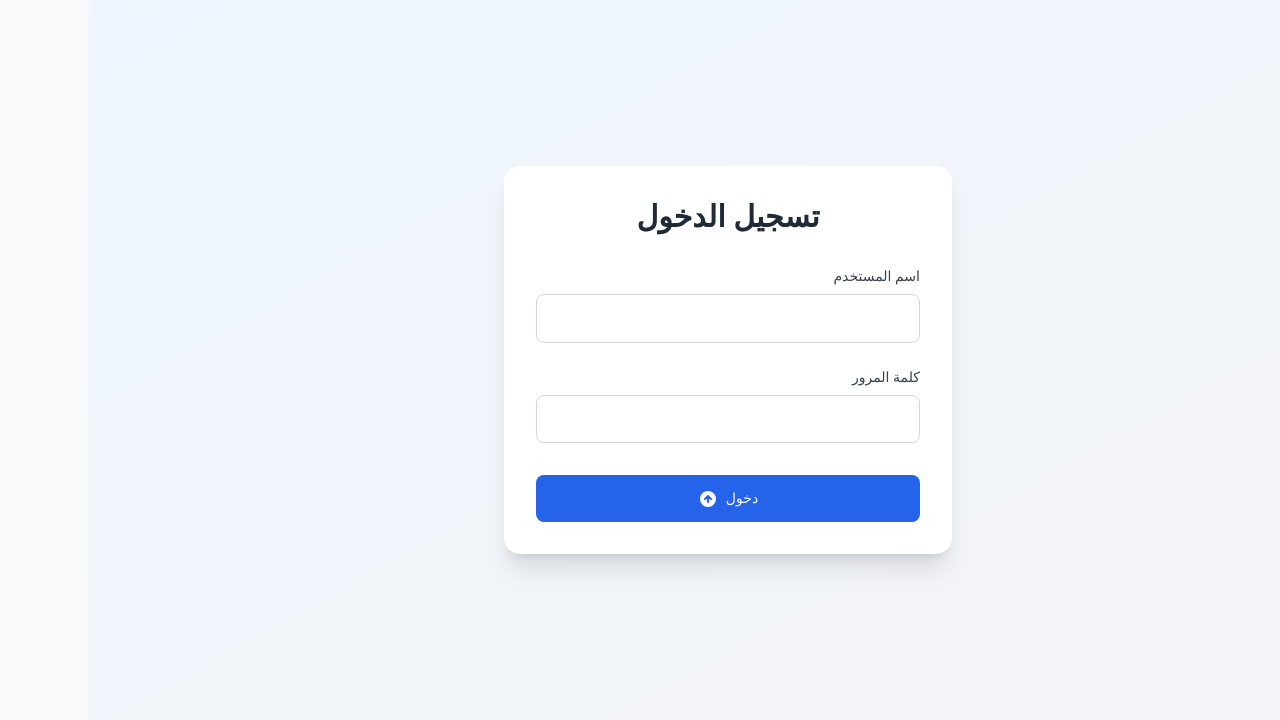
Repository: aseel99/sunduqi
Page: / (app in sunduqi-frontend/)
An editor plug-in stored every save of this project. The page is shown before and after the next save, followed by the edit.
The browser window is 1280 px wide. The pictures show the whole page.
The project was rebuilt for these pictures with package versions that can differ from the ones it lists, and the page was loaded fresh each time. Also part of the build but not shown: sunduqi-frontend/vite.config.js, sunduqi-frontend/src/pages/NotFound.jsx, sunduqi-frontend/src/pages/Dashboard.jsx, sunduqi-frontend/src/pages/Opening.jsx, sunduqi-frontend/src/pages/ChooseVoucher.jsx, sunduqi-frontend/src/pages/Receipt.jsx, sunduqi-frontend/src/pages/Disbursement.jsx, sunduqi-frontend/src/pages/VoucherDetails.jsx and 12 more.

Above is the page before, as saved 2025-06-11 12:38:12.

### sunduqi-frontend/index.html
<!doctype html>
<html lang="en">
  <head>
    <meta charset="UTF-8" />

    <link href="https://fonts.googleapis.com/css2?family=Tajawal:wght@400;700&display=swap" rel="stylesheet">
    <meta name="viewport" content="width=device-width, initial-scale=1.0" />
    <title>Vite + React</title>
  </head>
  <body>
    <div id="root"></div>
    <script type="module" src="/src/main.jsx"></script>
  </body>
</html>

### sunduqi-frontend/src/main.jsx
import React from 'react';
import ReactDOM from 'react-dom/client';
import App from './App';
import { AuthProvider } from './auth/AuthContext';
import { ToastContainer } from 'react-toastify';
import 'react-toastify/dist/ReactToastify.css';
import './styles/index.css'; // Make sure this is imported

ReactDOM.createRoot(document.getElementById('root')).render(
  <React.StrictMode>
    <AuthProvider>
      <App />
      <ToastContainer position="top-right" autoClose={3000} />
    </AuthProvider>
  </React.StrictMode>
);

### sunduqi-frontend/src/App.jsx
import { BrowserRouter, Routes, Route } from 'react-router-dom';
import Login from './pages/Login';
import NotFound from './pages/NotFound';
import Dashboard from './pages/Dashboard';
import Opening from './pages/Opening';
import ChooseVoucher from './pages/ChooseVoucher';
import Receipt from './pages/Receipt';
import Disbursement from './pages/Disbursement';
import VoucherDetails from './pages/VoucherDetails';
import CashDelivery from './pages/CashDelivery';
import AdminVouchers from './pages/AdminVouchers';
import Matching from './pages/Matching';
import AdminCollection from './pages/AdminCollection';
import AdminPending from './pages/AdminPending';
import AdminSummary from './pages/AdminSummary';
import AdminFinanceSummary from './pages/AdminFinanceSummary';
import Notifications from './pages/Notifications';
import UserManagement from './pages/UserManagement';
import Layout from './components/Layout';
import PrivateRoute from './components/PrivateRoute';

function App() {
  console.log('User in App:', localStorage.getItem('user'));
  return (
    <BrowserRouter>
      <Routes>
        <Route path="/login" element={<Login />} />
        <Route path="/test" element={<div>Hello</div>} />

        {/* Protected Layout for logged-in users */}
        <Route element={<PrivateRoute />}>
          <Route element={<Layout />}>
            <Route path="/" element={<Dashboard />} />
            <Route path="/opening" element={<Opening />} />
            <Route path="/vouchers" element={<ChooseVoucher />} />
            <Route path="/receipt" element={<Receipt />} />
            <Route path="/receipt/:id" element={<VoucherDetails />} />
            <Route path="/disbursement" element={<Disbursement />} />
            <Route path="/disbursement/:id" element={<VoucherDetails />} />
            <Route path="/cash-delivery" element={<CashDelivery />} />
            <Route path="/matching" element={<Matching />} />
            <Route path="/notifications" element={<Notifications />} />

            {/* Admin-only routes */}
            <Route element={<PrivateRoute allowedRoles={["admin"]} />}>
              <Route path="/admin/vouchers" element={<AdminVouchers />} />
              <Route path="/admin/collection" element={<AdminCollection />} />
              <Route path="/admin/matching" element={<Matching />} />
              <Route path="/admin/finance-summary" element={<AdminFinanceSummary />} /> {/* ملخص المقبوضات والمصروفات */}
              <Route path="/admin/pending" element={<AdminPending />} />
              <Route path="/admin/users" element={<UserManagement />} />
              <Route path="/admin/summary" element={<AdminSummary />} />
            </Route>
          </Route>
        </Route>

        <Route path="*" element={<NotFound />} />
      </Routes>
    </BrowserRouter>
  );
}

export default App;

### sunduqi-frontend/src/auth/AuthContext.jsx
import { createContext, useContext, useState, useEffect } from 'react';

const AuthContext = createContext();

export function AuthProvider({ children }) {
  const [user, setUser] = useState(() => {
    const saved = localStorage.getItem('user');
    return saved ? JSON.parse(saved) : null;
  });

  const login = (data) => {
    setUser(data.user);
    localStorage.setItem('user', JSON.stringify(data.user));
    localStorage.setItem('token', data.token);
  };

  const logout = () => {
    setUser(null);
    localStorage.removeItem('user');
    localStorage.removeItem('token');
  };

  return (
    <AuthContext.Provider value={{ user, login, logout }}>
      {children}
    </AuthContext.Provider>
  );
}

export const useAuth = () => useContext(AuthContext);

### sunduqi-frontend/src/styles/index.css
@tailwind base;
@tailwind components;
@tailwind utilities;

body {
  direction: rtl;
  @apply bg-graylight text-secondary font-arabic text-sm leading-relaxed;
}

input, select, textarea {
  @apply border border-bordergray rounded px-3 py-2 bg-white focus:outline-none focus:ring-2 focus:ring-primary transition;
}

button {
  @apply font-semibold transition duration-150 ease-in-out rounded px-4 py-2;
}

.btn-primary {
  @apply bg-primary text-white hover:bg-accent;
}

.btn-secondary {
  @apply bg-gray-200 text-secondary hover:bg-gray-300;
}

.heading {
  @apply text-lg font-bold text-secondary mb-2;
}

.card {
  @apply bg-white p-4 rounded-xl shadow-card;
}

table {
  @apply w-full border text-right text-sm;
}
th {
  @apply bg-gray-100 border px-2 py-2 text-secondary;
}
td {
  @apply border px-2 py-2;
}
tr:hover {
  @apply bg-gray-50;
}

### sunduqi-frontend/src/pages/Login.jsx
import { useState } from 'react';
import { useNavigate } from 'react-router-dom';
import { useAuth } from '../auth/AuthContext';
import axios from '../api/axios';

export default function Login() {
  const [username, setUsername] = useState('');
  const [password, setPassword] = useState('');
  const { login } = useAuth();
  const navigate = useNavigate();
  const [error, setError] = useState('');

  const handleLogin = async (e) => {
    e.preventDefault();
    setError('');

    try {
      const res = await axios.post('/auth/login', { username, password });
      login(res.data); // { token, user }
      navigate('/');
    } catch (err) {
      setError('فشل تسجيل الدخول. تحقق من البيانات.');
    }
  };

  return (
    // Remove the font-arabic class and replace with:
<div className="min-h-screen flex items-center justify-center bg-gradient-to-br from-blue-50 to-gray-100 font-sans">
      <form onSubmit={handleLogin} className="bg-white shadow-xl rounded-2xl p-8 w-full max-w-md">
        <h2 className="text-3xl font-bold mb-8 text-center text-gray-800">تسجيل الدخول</h2>

        {error && (
          <div className="mb-6 p-3 bg-red-100 text-red-700 rounded-lg text-sm flex items-center">
            <svg xmlns="http://www.w3.org/2000/svg" className="h-5 w-5 ml-2" viewBox="0 0 20 20" fill="currentColor">
              <path fillRule="evenodd" d="M18 10a8 8 0 11-16 0 8 8 0 0116 0zm-7 4a1 1 0 11-2 0 1 1 0 012 0zm-1-9a1 1 0 00-1 1v4a1 1 0 102 0V6a1 1 0 00-1-1z" clipRule="evenodd" />
            </svg>
            {error}
          </div>
        )}

        <div className="mb-6">
          <label className="block mb-2 text-sm font-medium text-gray-700">اسم المستخدم</label>
          <input
            type="text"
            className="w-full px-4 py-3 border border-gray-300 rounded-lg focus:outline-none focus:ring-2 focus:ring-blue-500 focus:border-transparent transition"
            value={username}
            onChange={(e) => setUsername(e.target.value)}
            required
          />
        </div>

        <div className="mb-8">
          <label className="block mb-2 text-sm font-medium text-gray-700">كلمة المرور</label>
          <input
            type="password"
            className="w-full px-4 py-3 border border-gray-300 rounded-lg focus:outline-none focus:ring-2 focus:ring-blue-500 focus:border-transparent transition"
            value={password}
            onChange={(e) => setPassword(e.target.value)}
            required
          />
        </div>

        <button
          type="submit"
          className="w-full bg-blue-600 hover:bg-blue-700 text-white font-medium py-3 px-4 rounded-lg transition duration-300 flex items-center justify-center"
        >
          <span>دخول</span>
          <svg xmlns="http://www.w3.org/2000/svg" className="h-5 w-5 mr-2" viewBox="0 0 20 20" fill="currentColor">
            <path fillRule="evenodd" d="M10 18a8 8 0 100-16 8 8 0 000 16zm3.707-8.707l-3-3a1 1 0 00-1.414 0l-3 3a1 1 0 001.414 1.414L9 9.414V13a1 1 0 102 0V9.414l1.293 1.293a1 1 0 001.414-1.414z" clipRule="evenodd" />
          </svg>
        </button>
      </form>
    </div>
  );
}

### sunduqi-frontend/src/components/PrivateRoute.jsx
import { Navigate, Outlet } from 'react-router-dom';
import { useAuth } from '../auth/AuthContext';

export default function PrivateRoute({ allowedRoles = [] }) {
  const { user } = useAuth();
  console.log('PrivateRoute: user =', user);

  if (!user) return <Navigate to="/login" replace />;
  if (allowedRoles.length > 0 && !allowedRoles.includes(user.role)) {
    return <Navigate to="/" replace />;
  }

  return <Outlet />;
}

### sunduqi-frontend/src/api/axios.js
import axios from 'axios';

const instance = axios.create({
  baseURL: 'http://localhost:3001/api',
  withCredentials: true
});

// Attach token
instance.interceptors.request.use((config) => {
  const token = localStorage.getItem('token');
  if (token) {
    config.headers.Authorization = `Bearer ${token}`;
  }
  return config;
});

export default instance;

### sunduqi-frontend/tailwind.config.js
/** @type {import('tailwindcss').Config} */
module.exports = {
  content: [
    './index.html',
    './src/**/*.{js,jsx,ts,tsx}',
  ],
  theme: {
    extend: {
      colors: {
        primary: '#F5C700',         // الأصفر المميز لشعار eshalabi
        secondary: '#333333',       // رمادي داكن للنصوص
        accent: '#E5B600',          // لون أصفر أغمق للـ hover
        graylight: '#F9FAFB',       // خلفية ناعمة جداً
        bordergray: '#E5E7EB',      // لون للحدود والفواصل
        muted: '#9CA3AF',           // رمادي للنصوص الثانوية
        danger: '#EF4444',          // أحمر للتنبيهات
        success: '#10B981',         // أخضر للحالات الناجحة
      },
      fontFamily: {
        arabic: ['Tajawal', 'sans-serif'],
      },
      boxShadow: {
        card: '0 1px 3px rgba(0,0,0,0.05), 0 4px 6px rgba(0,0,0,0.1)',
      },
      borderRadius: {
        xl: '1rem',
      },
    },
  },
  plugins: [],
}

After the next save:
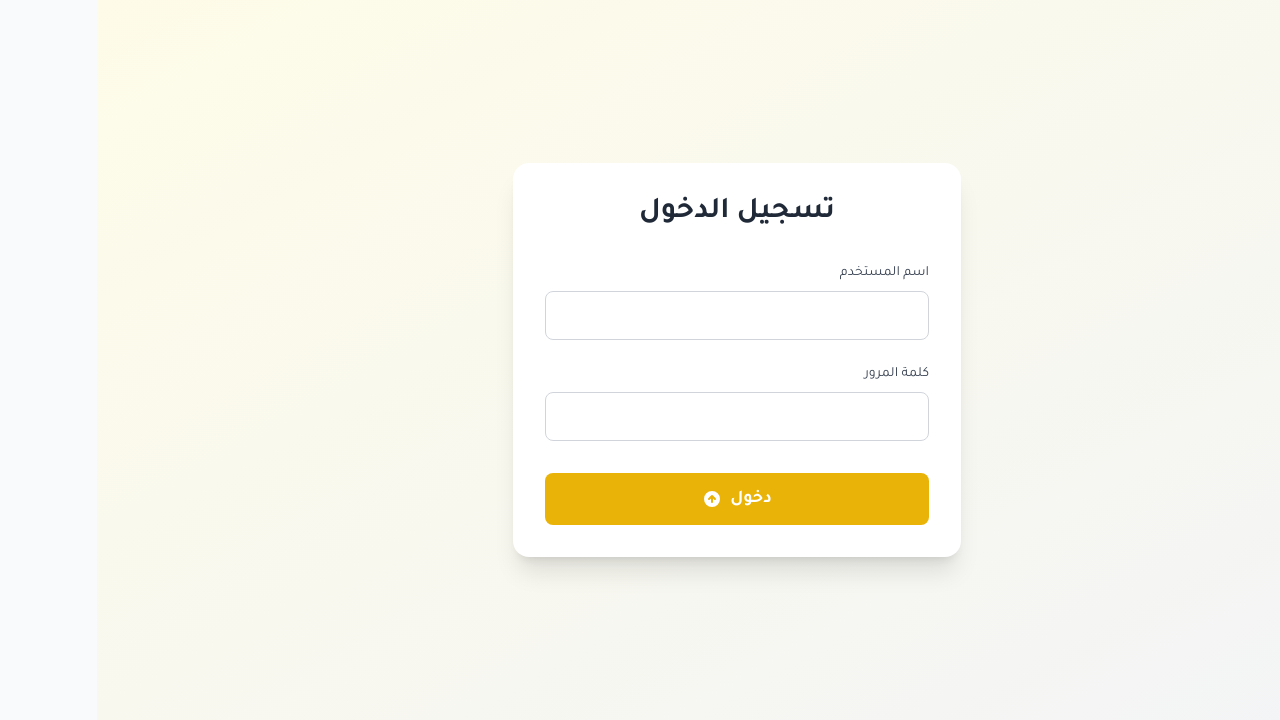
Saved 2 min 1 s later.
--- a/sunduqi-frontend/src/pages/Login.jsx
+++ b/sunduqi-frontend/src/pages/Login.jsx
@@ -24,8 +24,7 @@ export default function Login() {
   };
 
   return (
-    // Remove the font-arabic class and replace with:
-<div className="min-h-screen flex items-center justify-center bg-gradient-to-br from-blue-50 to-gray-100 font-sans">
+    <div className="min-h-screen flex items-center justify-center bg-gradient-to-br from-yellow-50 to-gray-100 font-[Tajawal]" dir="rtl">
       <form onSubmit={handleLogin} className="bg-white shadow-xl rounded-2xl p-8 w-full max-w-md">
         <h2 className="text-3xl font-bold mb-8 text-center text-gray-800">تسجيل الدخول</h2>
 
@@ -42,7 +41,7 @@ export default function Login() {
           <label className="block mb-2 text-sm font-medium text-gray-700">اسم المستخدم</label>
           <input
             type="text"
-            className="w-full px-4 py-3 border border-gray-300 rounded-lg focus:outline-none focus:ring-2 focus:ring-blue-500 focus:border-transparent transition"
+            className="w-full px-4 py-3 border border-gray-300 rounded-lg focus:outline-none focus:ring-2 focus:ring-yellow-400 focus:border-transparent transition"
             value={username}
             onChange={(e) => setUsername(e.target.value)}
             required
@@ -53,7 +52,7 @@ export default function Login() {
           <label className="block mb-2 text-sm font-medium text-gray-700">كلمة المرور</label>
           <input
             type="password"
-            className="w-full px-4 py-3 border border-gray-300 rounded-lg focus:outline-none focus:ring-2 focus:ring-blue-500 focus:border-transparent transition"
+            className="w-full px-4 py-3 border border-gray-300 rounded-lg focus:outline-none focus:ring-2 focus:ring-yellow-400 focus:border-transparent transition"
             value={password}
             onChange={(e) => setPassword(e.target.value)}
             required
@@ -62,7 +61,7 @@ export default function Login() {
 
         <button
           type="submit"
-          className="w-full bg-blue-600 hover:bg-blue-700 text-white font-medium py-3 px-4 rounded-lg transition duration-300 flex items-center justify-center"
+          className="w-full bg-yellow-500 hover:bg-yellow-600 text-white font-bold py-3 px-4 rounded-lg transition duration-300 flex items-center justify-center text-lg"
         >
           <span>دخول</span>
           <svg xmlns="http://www.w3.org/2000/svg" className="h-5 w-5 mr-2" viewBox="0 0 20 20" fill="currentColor">
